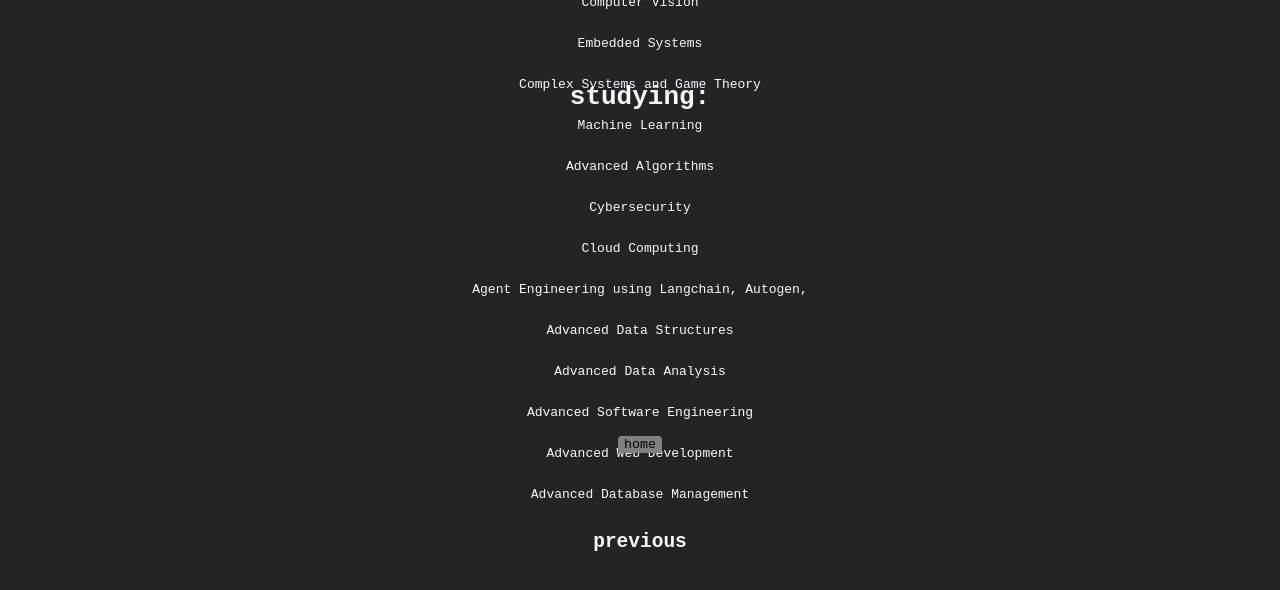
Repository: yellowspots/geneweb
Page: studying.html
An editor plug-in stored every save of this project. The page is shown before and after the next save, followed by the edit.
The browser window is 1280 px wide. The pictures show the whole page.

Above is the page before, as saved 2024-05-03 01:01:17.

After the next save:
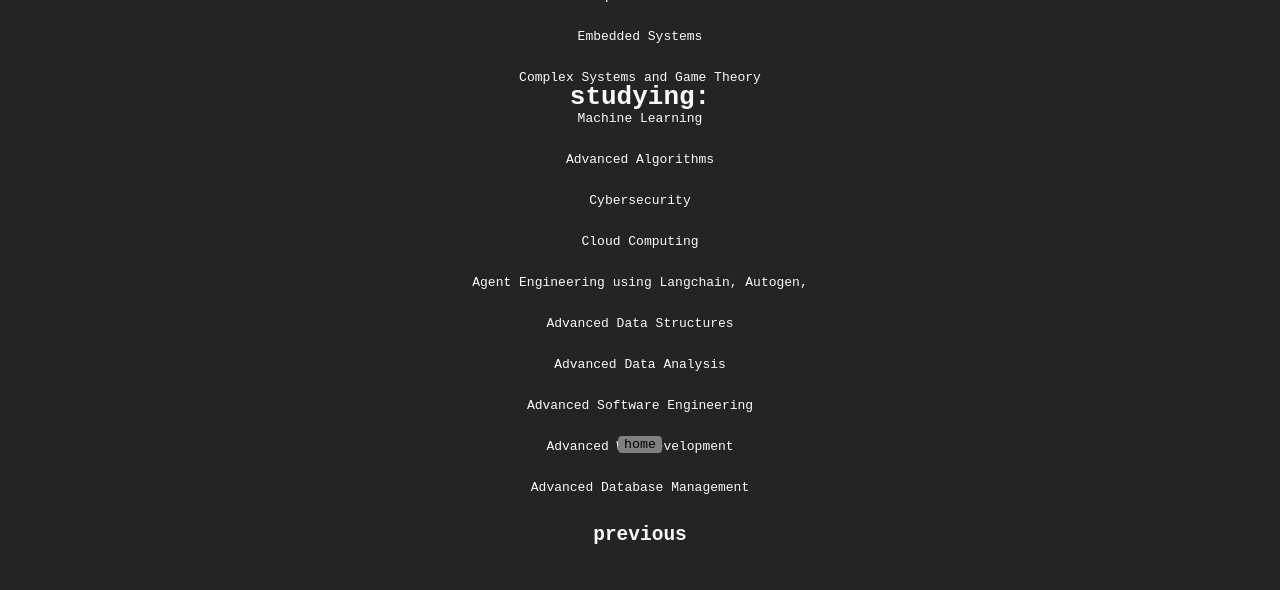
Saved 5 min 31 s later.
--- a/studying.html
+++ b/studying.html
@@ -10,7 +10,6 @@
     </div>
     <div style="text-align: center; display: flex; flex-direction: column; align-items: center; justify-content: center; height: 20vh;">
         <h2>current</h2>
-            <a href="courses.html">courses</a>
             <p>Computer Vision</p>
             <p>Embedded Systems</p>
             <p>Complex Systems and Game Theory</p>
